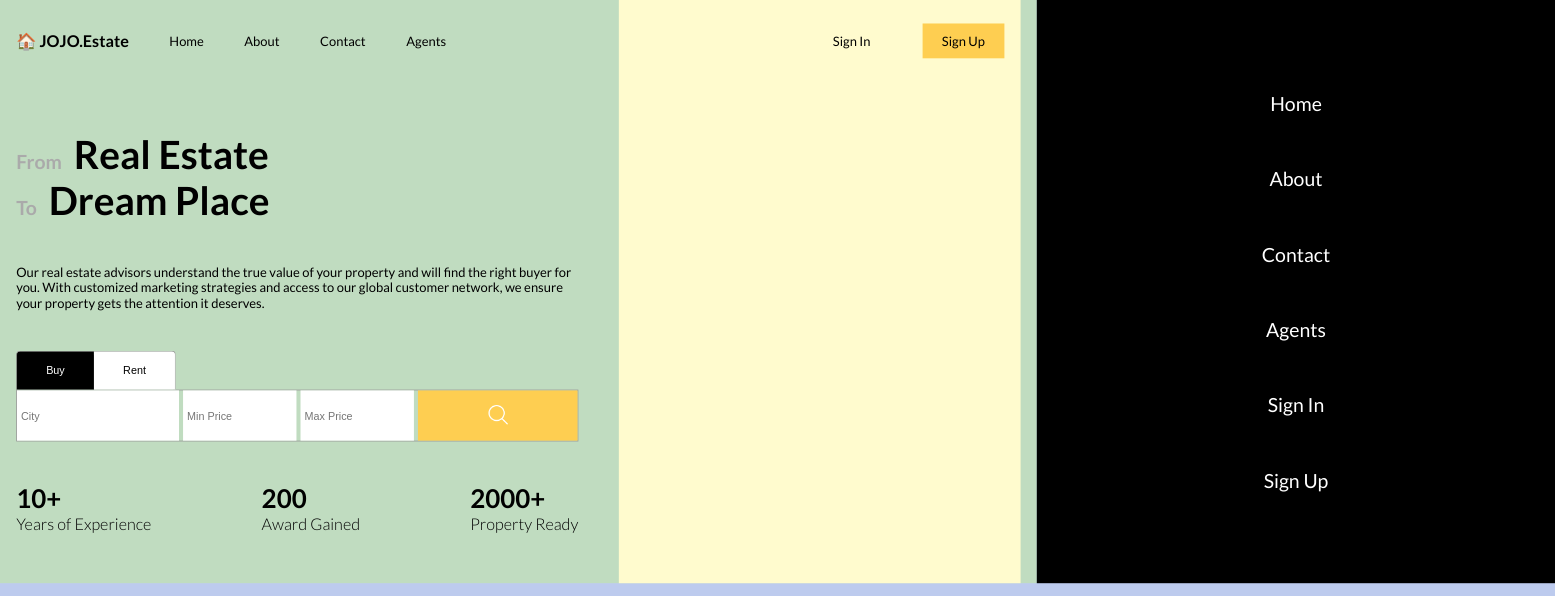
Repository: AiTrinh303/JOJO-estate
Page: /
The author's editor kept a copy of each file at every save. The page is drawn from the files as they stood at one save, then again after the next save.
The browser window is 1280 px wide. The page is 1920 px wide, so the pictures cover 1920 px, including what lies to the right of the window. The pictures show the whole page, at 81% of full size.
The page's requests for data from a server got no answer. The project was rebuilt for these pictures with package versions that can differ from the ones it lists, and the page was loaded fresh each time. No one was signed in, and anything a server would have sent is missing. Also part of the build but not shown: vite.config.js, src/routes/listPage/listPage.scss, src/components/filter/filter.scss, src/components/filter/Filter.jsx, src/components/card/card.scss, src/components/card/Card.jsx, src/components/map/map.scss, src/components/pin/pin.scss and 21 more. Imported but missing from the stored project, and not drawn on this page: src/components/uploadWidget/UploadWidget.

Above is the page before, as saved 2024-08-06 21:46:54.

### index.html
<!DOCTYPE html>
<html lang="en">
  <head>
    <meta charset="UTF-8" />
    <link rel="icon" type="image/svg+xml" href="/logo.png" />
    <meta name="viewport" content="width=device-width, initial-scale=1.0" />
    <title>🏠JOJO Estate App</title>
    <meta name="description" content="Buy, Sell and Rent Properties" />
    <link
      href="https://fonts.googleapis.com/css2?family=Lato:ital,wght@0,100;0,300;0,400;0,700;0,900;1,100;1,300;1,400;1,700;1,900&display=swap"
      rel="stylesheet"
    />
  </head>
  <body>
    <div id="root"></div>
    <script type="module" src="/src/main.jsx"></script>
  </body>
</html>

### src/App.jsx
import HomePage from "./routes/homePage/homePage";
import { createBrowserRouter, RouterProvider } from "react-router-dom";
import ListPage from "./routes/listPage/listPage";
import { Layout, RequireAuth } from "./routes/layout/layout";
import SinglePage from "./routes/singlePage/singlePage";
import ProfilePage from "./routes/profilePage/profilePage";
import Login from "./routes/login/login";
import Register from "./routes/register/register";
import ProfileUpdatePage from "./routes/profileUpdatePage/profileUpdatePage";
import NewPostPage from "./routes/newPostPage/newPostPage";
import { listPageLoader, profilePageLoader, singlePageLoader } from "./lib/loaders";

function App() {
  const router = createBrowserRouter([
    {
      path: "/",
      element: <Layout />,
      children: [
        {
          path: "/",
          element: <HomePage />,
        },
        {
          path: "/list",
          element: <ListPage />,
          loader: listPageLoader,
        },
        {
          path: "/:id",
          element: <SinglePage />,
          loader: singlePageLoader,
        },
        {
          path: "/login",
          element: <Login />,
        },
        {
          path: "/register",
          element: <Register />,
        },
      ],
    },
    {
      path: "/",
      element: <RequireAuth />,
      children: [
        {
          path: "/profile",
          element: <ProfilePage />,
          loader: profilePageLoader
        },
        {
          path: "/profile/update",
          element: <ProfileUpdatePage />,
        },
        {
          path: "/add",
          element: <NewPostPage />,
        },
      ],
    },
  ]);

  return <RouterProvider router={router} />;
}

export default App;

### src/index.scss
*{
  padding: 0;
  margin: 0;
  box-sizing: border-box;
}

a {
  text-decoration: none;
  color: inherit;
}

body{
  font-family: "Lato", sans-serif;
  overflow: hidden;
  background-color: #bdcbee;

}

### src/routes/homePage/homePage.jsx
import { useContext } from "react";
import SearchBar from "../../components/searchBar/SearchBar";
import "./homePage.scss";
import { AuthContext } from "../../context/AuthContext";

function HomePage() {

  const {currentUser} = useContext(AuthContext)

  return (
    <div className="homePage">
      <div className="textContainer">
        <div className="wrapper">
          <h1 className="title">
            <span className="small-text">From </span>
            <span className="animated-text">Real Estate</span>
            <br />
            <span className="small-text">To </span>
            <span className="animated-text">Dream Place</span>
          </h1>
          <p>
          Our real estate advisors understand the true value of your property and will find the right buyer for you. With customized marketing strategies and access to our global customer network, we ensure your property gets the attention it deserves.
          </p>
          <SearchBar />
          <div className="boxes">
            <div className="box">
              <h1>10+</h1>
              <h2>Years of Experience</h2>
            </div>
            <div className="box">
              <h1>200</h1>
              <h2>Award Gained</h2>
            </div>
            <div className="box">
              <h1>2000+</h1>
              <h2>Property Ready</h2>
            </div>
          </div>
        </div>
      </div>
      <div className="imgContainer">
        <img src="/bg.png" alt="" />
      </div>

    </div>
  );
}

export default HomePage;

### src/routes/layout/layout.jsx
import "./layout.scss";
import Navbar from "../../components/navbar/Navbar";
import { Navigate, Outlet } from "react-router-dom";
import { useContext } from "react";
import { AuthContext } from "../../context/AuthContext";

function Layout() {
  return (
    <div className="layout">
      <div className="navbar">
        <Navbar />
      </div>
      <div className="content">
        <Outlet />
      </div>
    </div>
  );
}

function RequireAuth() {
  const { currentUser } = useContext(AuthContext);

  if (!currentUser) return <Navigate to="/login" />;
  else {
    return (
      <div className="layout">
        <div className="navbar">
          <Navbar />
        </div>
        <div className="content">
          <Outlet />
        </div>
      </div>
    );
  }
}

export { Layout, RequireAuth };

### src/components/searchBar/SearchBar.jsx
import { useState } from "react";
import "./searchBar.scss";
import { Link } from "react-router-dom";

const types = ["buy", "rent"];

function SearchBar() {
  const [query, setQuery] = useState({
    type: "buy",
    city: "",
    minPrice: 0,
    maxPrice: 0,
  });

  const switchType = (val) => {
    setQuery((prev) => ({ ...prev, type: val }));
  };

  const handleChange = (e) => {
    setQuery((prev) => ({ ...prev, [e.target.name]: e.target.value }));
  };

  return (
    <div className="searchBar">
      <div className="type">
        {types.map((type) => (
          <button
            key={type}
            onClick={() => switchType(type)}
            className={query.type === type ? "active" : ""}
          >
            {type}
          </button>
        ))}
      </div>
      <form>
        <input
          type="text"
          name="city"
          placeholder="City"
          onChange={handleChange}
        />
        <input
          type="number"
          name="minPrice"
          min={0}
          max={10000000}
          placeholder="Min Price"
          onChange={handleChange}
        />
        <input
          type="number"
          name="maxPrice"
          min={0}
          max={10000000}
          placeholder="Max Price"
          onChange={handleChange}
        />
        <Link
          to={`/list?type=${query.type}&city=${query.city}&minPrice=${query.minPrice}&maxPrice=${query.maxPrice}`}
        >
          <button>
            <img src="/search.png" alt="" />
          </button>
        </Link>
      </form>
    </div>
  );
}

export default SearchBar;

### src/routes/homePage/homePage.scss
@import "../../responsive.scss";

.homePage {
  display: flex;
  height: 100%;

  .textContainer {
    flex: 3;

    .wrapper {
      padding-right: 100px;
      display: flex;
      flex-direction: column;
      justify-content: center;
      gap: 50px;
      height: 100%;

      @include lg{
        padding-right: 50px;
      }

      @include md{
        padding: 0;
      }

      @include sm{
        justify-content: flex-start;
      }

      .title {
        font-size: 64px;
        .small-text {
          font-size: 0.5em;
          color: #aaa;
          margin-right: 10px;
        }
        .animated-text {
          display: inline-block;
          position: relative;
          animation: slide-in 2s ease-in-out;
        }
        @include lg {
          font-size: 48px;
        }
      }

      .boxes {
        display: flex;
        justify-content: space-between;

        @include sm {
          display: none;
        }

        h1 {
          font-size: 36px;


          @include lg {
            font-size: 32px;
          }
        }

        h2 {
          font-size: 20px;
          font-weight: 300;
        }
      }
    }
  }

  .imgContainer {
    flex: 2;
    background-color: #fffbce;
    position: relative;
    display: flex;
    align-items: center;


    @include md {
      display: none;
    }

    img {
      width: 115%;
      position: absolute;
      right: -45px;
      opacity: 0; /* Start invisible */
      animation: fade-in-slide-up 2s ease-in-out infinite; /* Apply infinite animation */

      @include lg {
        width: 105%;
      }
    }
  }


}
@keyframes slide-in {
  0% {
    opacity: 0;
    transform: translateX(-100%);
  }
  100% {
    opacity: 1;
    transform: translateX(0);
  }
}

### src/routes/layout/layout.scss
@import "../../responsive.scss";

.layout {
  height: 100vh;
  max-width: 1366px;
  margin-left: auto;
  margin-right: auto;
  padding-left: 20px;
  padding-right: 20px;
  background: rgb(192, 220, 192);

  @include lg {
    max-width: 1280px;
  }

  @include md {
    max-width: 768px;
  }

  @include sm {
    max-width: 640px;
  }

  .content {
    // flex: 1;
    height: calc(100vh - 100px);
  }
}

### src/components/navbar/Navbar.jsx
import { useContext, useState } from "react";
import "./navbar.scss";
import { Link } from "react-router-dom";
import { AuthContext } from "../../context/AuthContext";
import { useNotificationStore } from "../../lib/notificationStore";

function Navbar() {
  const [open, setOpen] = useState(false);

  const { currentUser } = useContext(AuthContext);

  const fetch = useNotificationStore((state) => state.fetch);
  const number = useNotificationStore((state) => state.number);

  if(currentUser) fetch();

  return (
    <nav>
      <div className="left">
        <a href="/" className="logo">
          <span>🏠 JOJO.Estate</span>
        </a>
        <a href="/">Home</a>
        <a href="/">About</a>
        <a href="/">Contact</a>
        <a href="/">Agents</a>
      </div>

      <div className="right">
        <a href="/">Sign In</a>
        <a href="/" className="register">Sign Up</a>
        <div className="menuIcon">
          <img
            src="/menu.png"
            alt="menu"
            onClick={() => setOpen((prev) => !prev)}/>
        </div>
        <div className={open ? "menu active" : "menu"}>
          <a href="/">Home</a>
          <a href="/">About</a>
          <a href="/">Contact</a>
          <a href="/">Agents</a>
          <a href="/">Sign In</a>
          <a href="/">Sign Up</a>
        </div>
        {/* {currentUser ? (
          <div className="user">
            <img src={currentUser.avatar || "/noavatar.jpg"} alt="" />
            <span>{currentUser.username}</span>
            <Link to="/profile" className="profile">
              {number > 0 && <div className="notification">{number}</div>}
              <span>Profile</span>
            </Link>
          </div>
        ) : (
          <>
            <a href="/login">Sign in</a>
            <a href="/register" className="register">
              Sign up
            </a>
          </>
        )}
        <div className="menuIcon">
          <img
            src="/menu.png"
            alt=""
            onClick={() => setOpen((prev) => !prev)}
          />
        </div>
        <div className={open ? "menu active" : "menu"}>
          <a href="/">Home</a>
          <a href="/">About</a>
          <a href="/">Contact</a>
          <a href="/">Agents</a>
          <a href="/">Sign in</a>
          <a href="/">Sign up</a>
        </div> */}
      </div>
    </nav>
  );
}

export default Navbar;

### src/components/searchBar/searchBar.scss
@import "../../responsive.scss";

.searchBar {
  .type {


    button {
      padding: 16px 36px;
      border: 1px solid #999;
      border-bottom: none;
      cursor: pointer;
      background-color: white;
      text-transform: capitalize;

      &.active {
        background-color: black;
        color: white;
      };

      &:first-child {
        border-top-left-radius: 5px;
        border-right: none;
      };
      &:last-child {
        border-top-right-radius: 5px;
        border-left: none;
      };
    }
  }

  form {
    border: 1px solid #999;
    display: flex;
    justify-content: space-between;
    height: 64px;
    gap: 5px;

    @include sm {
      flex-direction: column;
      border: none;
    };

    input {
      border: none;
      padding: 0px 10px;
      width: 200px;

      @include lg {
        padding: 0px 5px;

        &:nth-child(2),
        &:nth-child(3) {
          width: 140px;
        }
      };
      @include md {
        width: 200px;
        &:nth-child(2),
        &:nth-child(3) {
          width: 200px;
        }
      };

      @include sm{
        width: auto;
        &:nth-child(2),
        &:nth-child(3) {
          width: auto;
        }
        padding: 20px;
        border: 1px solid #999;
      }
    };

    a{
      flex: 1;
      background-color: #fece51;
      display: flex;
      align-items: center;
      justify-content: center;

      button {
        border: none;
        cursor: pointer;
        background-color: #fece51;

        @include sm{
          padding: 10px;
        }

        img {
          width: 24px;
          height: 24px;
        }
      }
    }
  }
}

### src/responsive.scss
@mixin sm {
  @media (max-width: 738px) {
    @content;
  }
};

@mixin md {
  @media (max-width: 1024px) {
    @content;
  }
};

@mixin lg {
  @media (max-width: 1366px) {
    @content;
  }
};

### src/components/navbar/navbar.scss
@import "../../responsive.scss";

nav {
  height: 100px;
  display: flex;
  justify-content: space-between;
  align-items: center;

  a {
    transition: all 0.4s ease;

    @include sm {
      display: none;
    }

    &:hover {
      scale: 1.08;
    }
  }

  .left {
    flex: 3;
    display: flex;
    align-items: center;
    gap: 50px;

    .logo {
      font-weight: bold;
      font-size: 20px;
      display: flex;
      align-items: center;
      gap: 3px;

      span {
        @include md {
          display: none;
        }

        @include sm {
          display: initial;
        }
      }
    }
  }
  .right {
    flex: 2;
    display: flex;
    align-items: center;
    justify-content: flex-end;
    background-color: #fffbce;
    ;
    height: 100%;

    @include md {
      background-color: transparent;
    }

    a {
      padding: 12px 24px;
      margin: 20px;
    }

    .user{
      display: flex;
      align-items: center;
      font-weight: bold;

      img{
        width: 40px;
        height: 40px;
        border-radius: 50%;
        object-fit: cover;
        margin-right: 20px;
      }

      span{
        @include sm{
          display: none;
        }
      }

      .profile{
        padding: 12px 24px;
        background-color: #fece51;
        cursor: pointer;
        border: none;
        position: relative;

        .notification{
          position: absolute;
          top: -8px;
          right: -8px;
          background-color: red;
          color: white;
          border-radius: 50%;
          width: 26px;
          height: 26px;
          display: flex;
          align-items: center;
          justify-content: center;
        }

      }
    }

    .register {
      background-color: #fece51;
    }

    .menuIcon {
      display: none;
      z-index: 999;

      img {
        width: 36px;
        height: 36px;
        cursor: pointer;
      }

      @include sm {
        display: inline;
      }
    }

    .menu {
      position: absolute;
      top: 0;
      right: -50%;
      background-color: black;
      color: white;
      height: 100vh;
      width: 50%;
      transition: all 1s ease;
      display: flex;
      flex-direction: column;
      align-items: center;
      justify-content: center;
      font-size: 24px;

      &.active {
        right: 0;
      }

      @include sm {
        a {
          display: initial;
        }
      }
    }
  }
}

Loaded but not shown: src/main.jsx (common file); src/context/AuthContext.jsx (common file); src/context/SocketContext.jsx (common file); src/lib/loaders.js (common file); src/lib/apiRequest.js (common file); src/lib/notificationStore.js (common file)

After the next save:
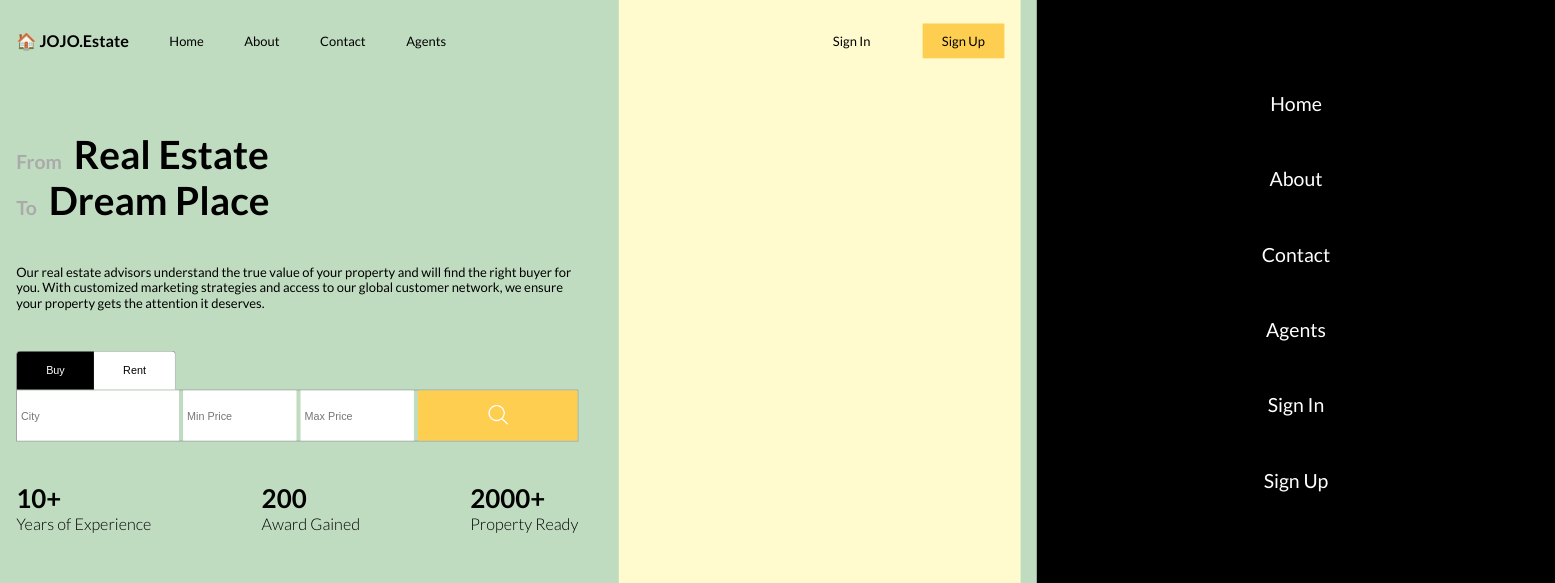
Saved 22 s later.
--- a/src/routes/homePage/homePage.scss
+++ b/src/routes/homePage/homePage.scss
@@ -106,3 +106,18 @@
     transform: translateX(0);
   }
 }
+
+@keyframes fade-in-slide-up {
+  0% {
+    opacity: 0;
+    transform: translateY(50px); /* Start below */
+  }
+  50% {
+    opacity: 1;
+    transform: translateY(0); /* Middle point */
+  }
+  100% {
+    opacity: 0;
+    transform: translateY(-50px); /* End above */
+  }
+}

After the save that followed:
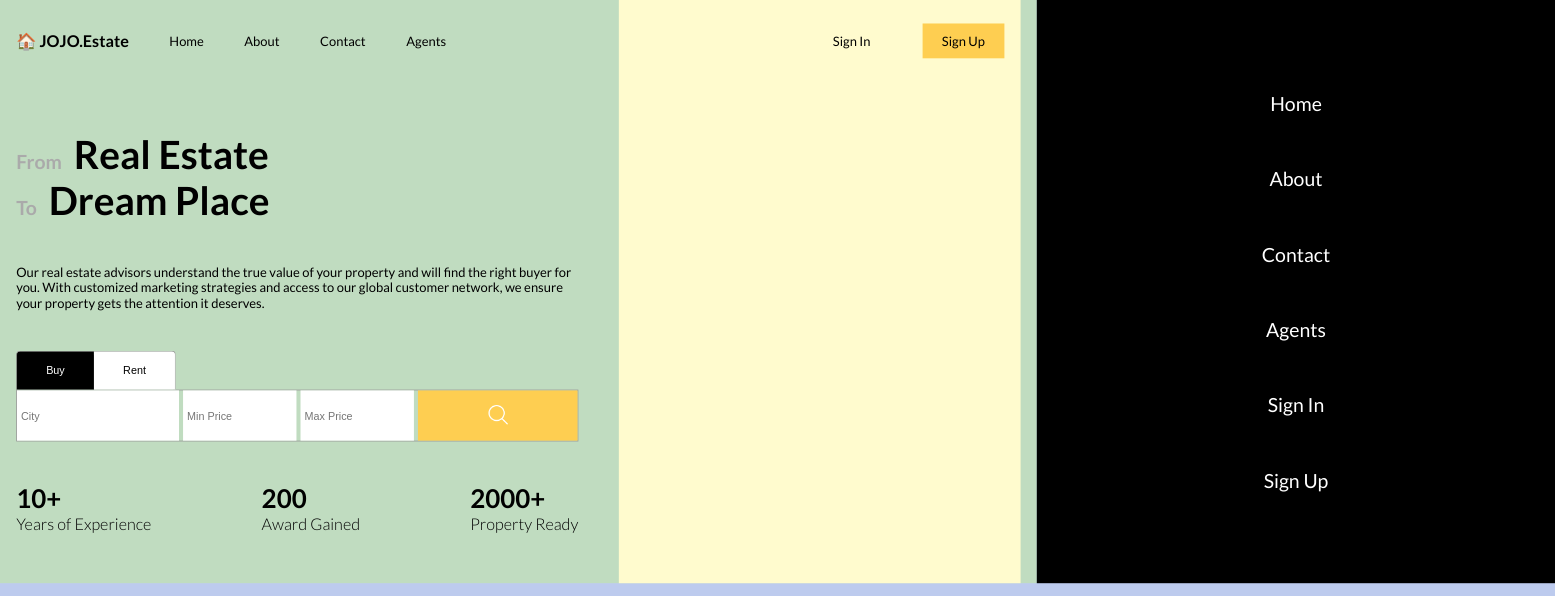
Saved 14 s later.
--- a/src/routes/homePage/homePage.scss
+++ b/src/routes/homePage/homePage.scss
@@ -86,7 +86,7 @@
       position: absolute;
       right: -45px;
       opacity: 0; /* Start invisible */
-      animation: fade-in-slide-up 2s ease-in-out infinite; /* Apply infinite animation */
+      animation: fade-in-slide-up 2s ease-in-out; /* Apply infinite animation */
 
       @include lg {
         width: 105%;
